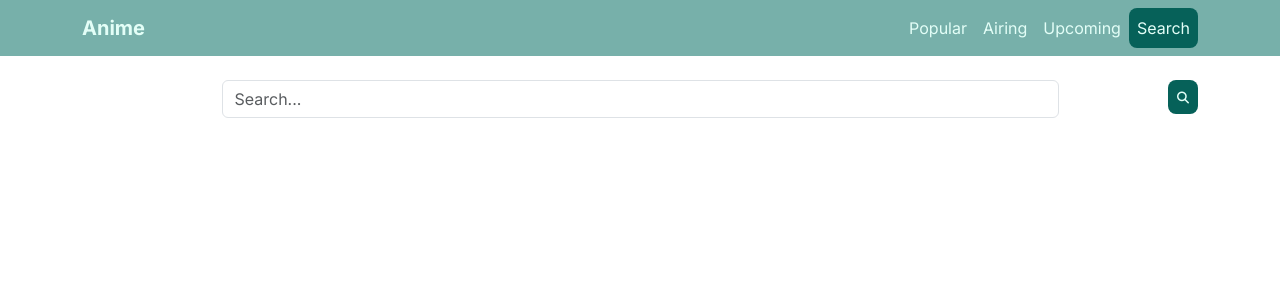
Repository: YomnaWegdan/anime
Page: /search
These files come from the project's save history. The page is drawn as it stood at one moment and after the next save; the edit follows.
The browser window is 1280 px wide. The pictures show the whole page.
The project was rebuilt for these pictures with package versions that can differ from the ones it lists, and the page was loaded fresh each time. The framework's server and built-in components were replaced by stand-ins that run in the browser. Also part of the build but not shown: next.config.mjs, src/app/animateCard/animateCard.jsx.

Above is the page before, as saved 2024-05-17 21:54:31.

After the next save:
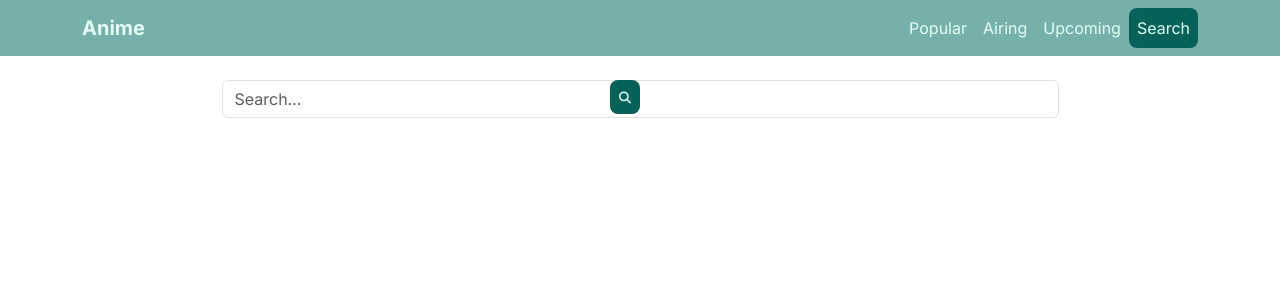
Saved 13 s later.
--- a/src/app/(components)/search/page.jsx
+++ b/src/app/(components)/search/page.jsx
@@ -35,7 +35,7 @@ const handleSubmit = async (e) =>{
     <div className=' position-relative'>
       <input className=' form-control  w-75 mx-auto ' placeholder='Search...'   onChange={handleChange}
       value={searchValue}/>
-      <button type='submit' className='btn bg-link px-2 py-1 position-absolute top-0 end-0 ' onClick={handleSubmit}>
+      <button type='submit' className='btn bg-link px-2 py-1 position-absolute top-0 end-50 ' onClick={handleSubmit}>
       <i className="fa-solid fa-magnifying-glass light-color fa-xs"></i>
       </button>
     </div>
